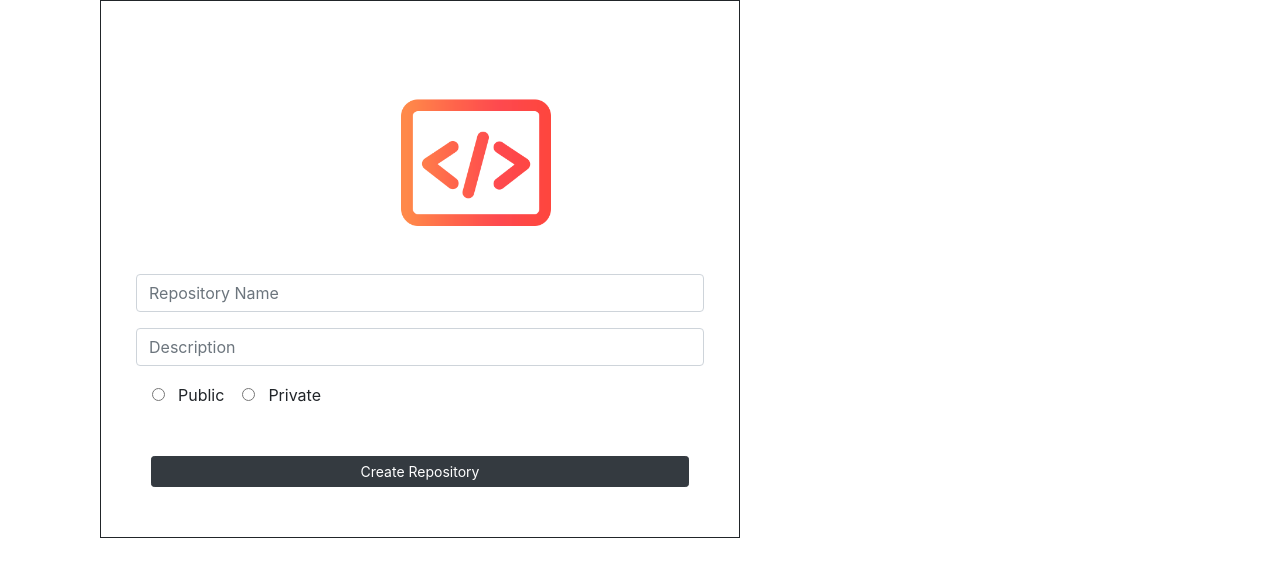
Repository: rashmikagamage/OAuth-Implementation
Page: /auth/github/callback (app in frontend/)
The author's editor kept a copy of each file at every save. The page is drawn from the files as they stood at one save, then again after the next save.
The browser window is 1280 px wide. The pictures show the whole page.
Some web libraries are served in a nearby version. The project was rebuilt for these pictures with package versions that can differ from the ones it lists, and the page was loaded fresh each time. Also part of the build but not shown: frontend/src/css/twitter.css, frontend/src/components/login.js, frontend/src/components/twitter-home.js, frontend/src/components/login-git.js, frontend/src/App.css.

Above is the page before, as saved 2021-09-08 17:54:17.

### frontend/public/index.html
<!DOCTYPE html>
<html lang="en">
  <head>
    <meta charset="utf-8" />
    <link rel="icon" href="%PUBLIC_URL%/favicon.ico" />
    <meta name="viewport" content="width=device-width, initial-scale=1" />
    <meta name="theme-color" content="#000000" />
    <meta
      name="description"
      content="Web site created using create-react-app"
    />
    <link rel="apple-touch-icon" href="%PUBLIC_URL%/logo192.png" />
    <!--
      manifest.json provides metadata used when your web app is installed on a
      user's mobile device or desktop. See https://developers.google.com/web/fundamentals/web-app-manifest/
    -->
    <link rel="manifest" href="%PUBLIC_URL%/manifest.json" />
    <link rel="stylesheet" href="https://pro.fontawesome.com/releases/v5.13.0/css/all.css">
    <link rel="shortcut icon" href="%PUBLIC_URL%/favicon.ico">
    <!--
      Notice the use of %PUBLIC_URL% in the tags above.
      It will be replaced with the URL of the `public` folder during the build.
      Only files inside the `public` folder can be referenced from the HTML.

      Unlike "/favicon.ico" or "favicon.ico", "%PUBLIC_URL%/favicon.ico" will
      work correctly both with client-side routing and a non-root public URL.
      Learn how to configure a non-root public URL by running `npm run build`.
    -->
    <link rel="stylesheet" href="https://maxcdn.bootstrapcdn.com/bootstrap/4.0.0/css/bootstrap.min.css" integrity="sha384-Gn5384xqQ1aoWXA+058RXPxPg6fy4IWvTNh0E263XmFcJlSAwiGgFAW/dAiS6JXm" crossorigin="anonymous">
    <title>React App</title>

  </head>
  <body>

    <noscript>You need to enable JavaScript to run this app.</noscript>
    <div id="root"></div>
    <!--
      This HTML file is a template.
      If you open it directly in the browser, you will see an empty page.

      You can add webfonts, meta tags, or analytics to this file.
      The build step will place the bundled scripts into the <body> tag.

      To begin the development, run `npm start` or `yarn start`.
      To create a production bundle, use `npm run build` or `yarn build`.
    -->
    <script src="https://code.jquery.com/jquery-3.2.1.slim.min.js" integrity="sha384-KJ3o2DKtIkvYIK3UENzmM7KCkRr/rE9/Qpg6aAZGJwFDMVNA/GpGFF93hXpG5KkN" crossorigin="anonymous"></script>
    <script src="https://cdnjs.cloudflare.com/ajax/libs/popper.js/1.12.9/umd/popper.min.js" integrity="sha384-ApNbgh9B+Y1QKtv3Rn7W3mgPxhU9K/ScQsAP7hUibX39j7fakFPskvXusvfa0b4Q" crossorigin="anonymous"></script>
    <script src="https://maxcdn.bootstrapcdn.com/bootstrap/4.0.0/js/bootstrap.min.js" integrity="sha384-JZR6Spejh4U02d8jOt6vLEHfe/JQGiRRSQQxSfFWpi1MquVdAyjUar5+76PVCmYl" crossorigin="anonymous"></script>
  </body>
</html>

### frontend/src/App.js
import Login from './components/login';
import GitHome from './components/git-home';
import TwitterHome from './components/twitter-home';
import LoginGit from './components/login-git';
import {BrowserRouter as Router, Route} from "react-router-dom";
import './App.css';


function App() {
  return (

    <Router>{
      <div>
          <switch>
              <Route path="/login" component={Login}/>
              <Route path="/logingit" component={LoginGit}/>
              <Route path="/auth/github/callback" component={GitHome}/>
              <Route path="/twitterHome" component={TwitterHome}/>

          </switch>
      </div>
  }

  </Router>
  );
}

export default App;

### frontend/src/components/git-home.js
import "../css/git.css";
import code from "../images/code.png";
import React, { useState } from "react";
const axios = require("axios").default;

function GitHome(props) {
  function getRepos() {}
  return (
    <div class="main">
       <img src={code} alt="Avatar" class="img"></img>
      <form>
        <div class="form-group row mt-5">
          <input
            type="text"
            class="form-control"
            id="formGroupExampleInput"
            placeholder="Repository Name"
          ></input>
          <input
            type="text"
            class="form-control mt-3"
            id="formGroupExampleInput"
            placeholder="Description"
          ></input>
        </div>
        <table>
          <tr>
            <td>
              <div class="form-check">
                <input
                  class="form-check-input position-static"
                  type="radio"
                  name="public"
                  id="true"
                  value="option1"
                  aria-label="..."
                ></input>
              </div>
            </td>
            <td>
              <label class="form-check-label ml-1 mr-3" for="exampleRadios2">
                Public
              </label>
            </td>
            <td>
              <div class="form-check">
                <input
                  class="form-check-input position-static"
                  type="radio"
                  name="private"
                  id="false"
                  value="false"
                  aria-label="..."
                ></input>
              </div>
            </td>
            <td>
              <label class="form-check-label ml-1 mr-3" for="exampleRadios2">
                Private
              </label>
            </td>
          </tr>
        </table>
      </form>
      <button type="button" class="btn btn-dark btn-sm btn-block mt-5">Create Repository</button>
    </div>
  );
}

export default GitHome;

### frontend/src/css/git.css
.main{
  margin-left: 100px;
  width: 50%;
  border-style: solid;
  border-width: 1px;
  padding: 50px;



}

.img{
    width: 150px;
    margin-left: 250px;
    margin-top:25px ;

}

Loaded but not shown: frontend/src/index.js (common file); frontend/src/index.css (common file); frontend/src/reportWebVitals.js (common file)

After the next save:
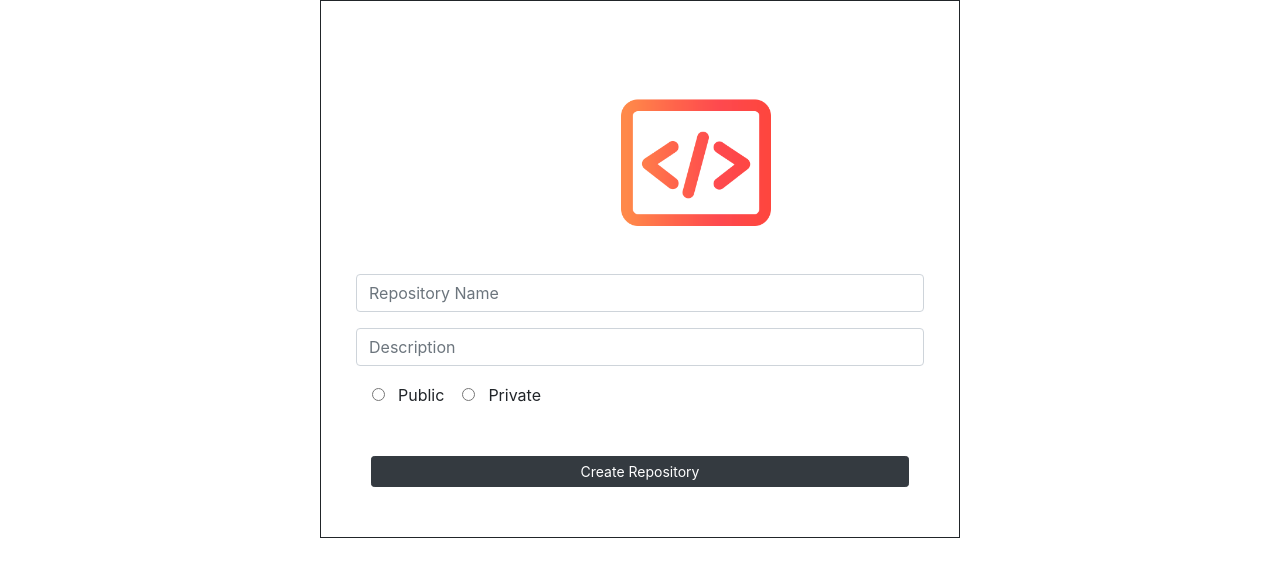
Saved 8 s later.
--- a/frontend/src/css/git.css
+++ b/frontend/src/css/git.css
@@ -1,5 +1,5 @@
 .main{
-  margin-left: 100px;
+  margin: auto;
   width: 50%;
   border-style: solid;
   border-width: 1px;
